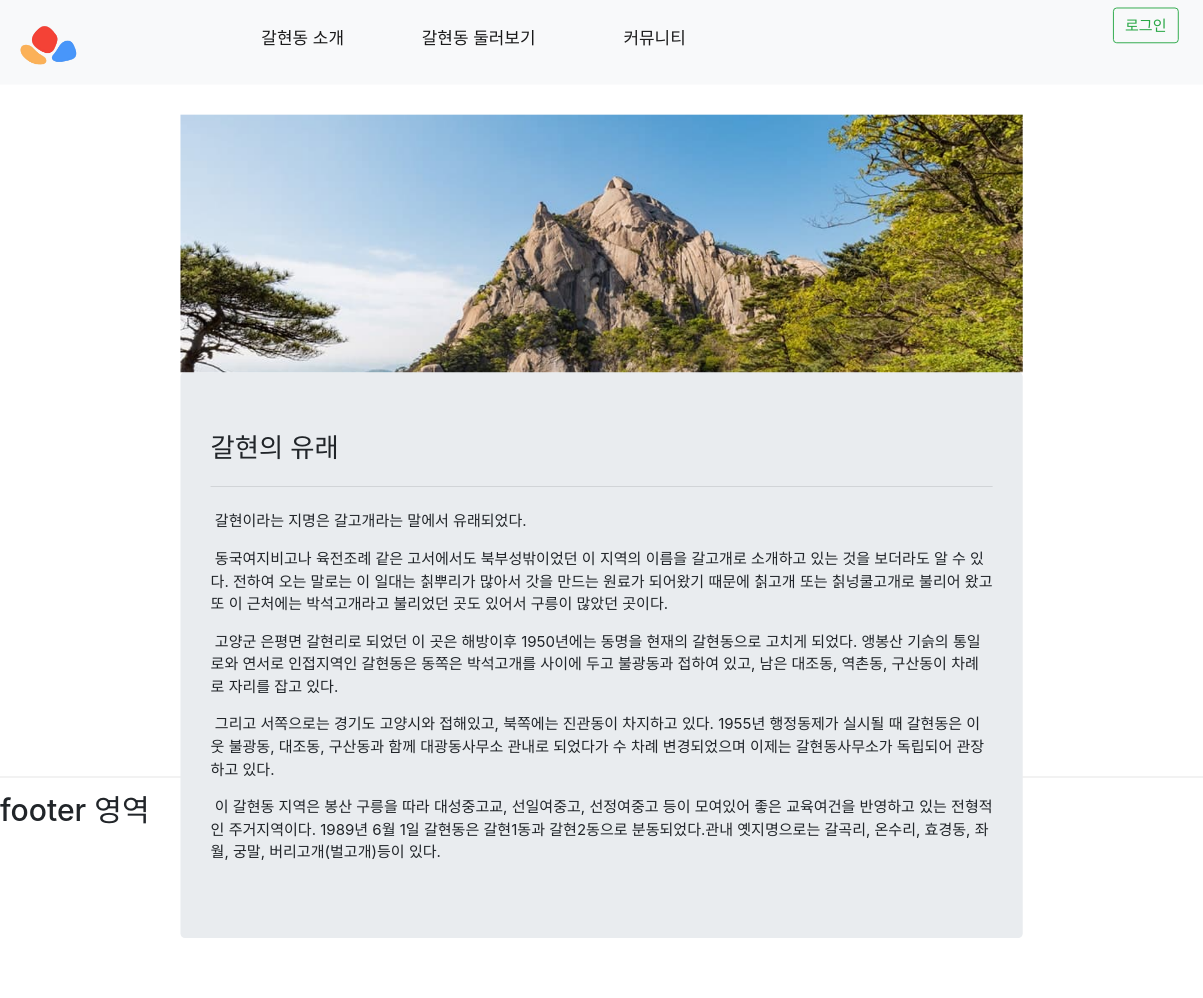
Repository: rnjsmj/pro01
Page: http://localhost/pro01/intro/origin.jsp
The author's editor kept a copy of each file at every save. The page is drawn from the files as they stood at one save, then again after the next save.
The browser window is 1280 px wide. The pictures show the whole page, at 94% of full size.
The page is served by Tomcat 9. Nobody is signed in. The application's start-up code is not run. The template is opened directly, without the code that normally fills it, so the values that code supplies are empty.

Above is the page before, as saved 2024-04-14 15:34:06.

After the next save:
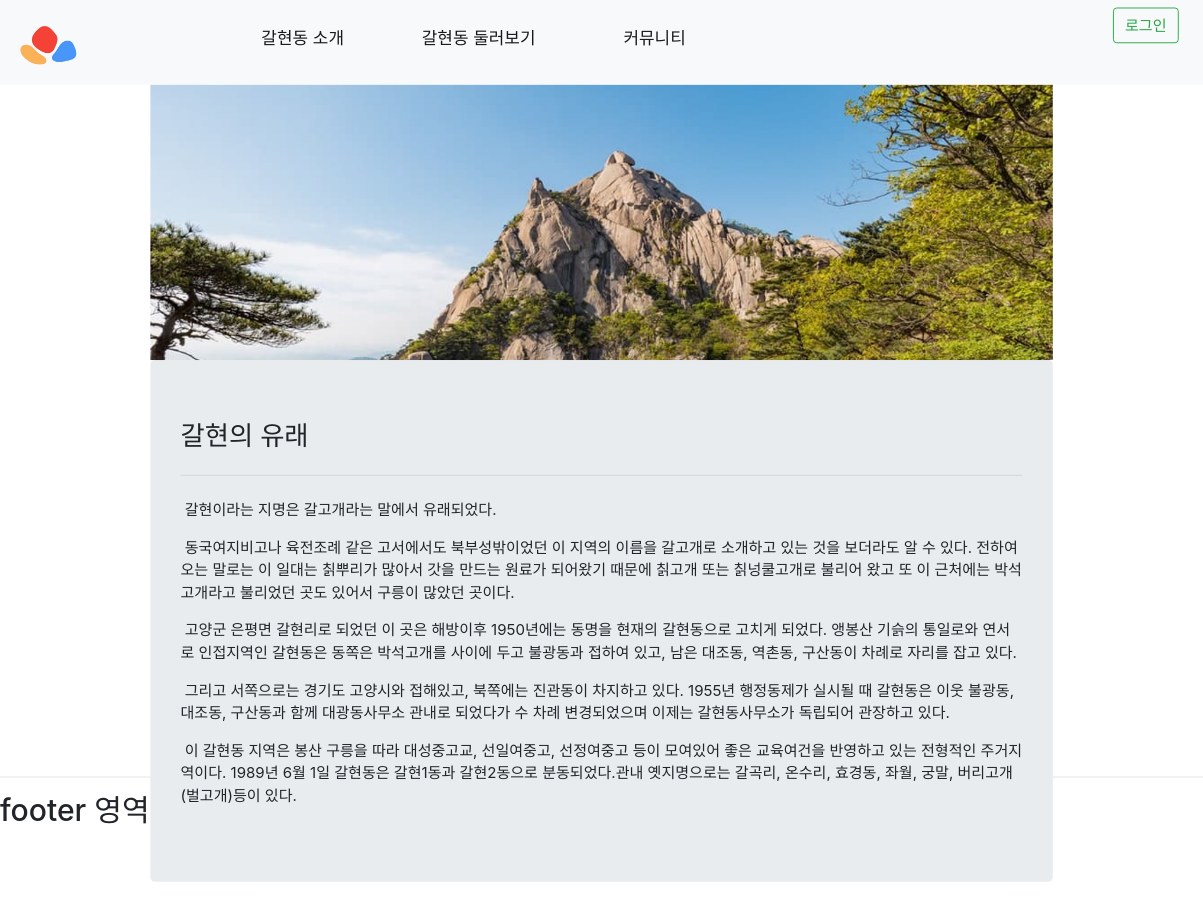
Saved 4 min 59 s later.
--- a/pro01/WebContent/intro/origin.jsp
+++ b/pro01/WebContent/intro/origin.jsp
@@ -11,7 +11,7 @@
 <%@ include file="/head.jsp" %>
 <style>
 	#contents { background-color: #ffffff; height:100vh; text-align:center;justify-content:center; display:grid; }
-	.page { padding : 2em; text-align : center; justify-content:center; width:960px;}
+	.page {  text-align : center; justify-content:center; width:960px;}
 	.origin-main {text-align:center; width:100%}
 	.main-image {justify-content:center; width:100%; height:auto;}
 	.jumbotron {text-align:left;}
